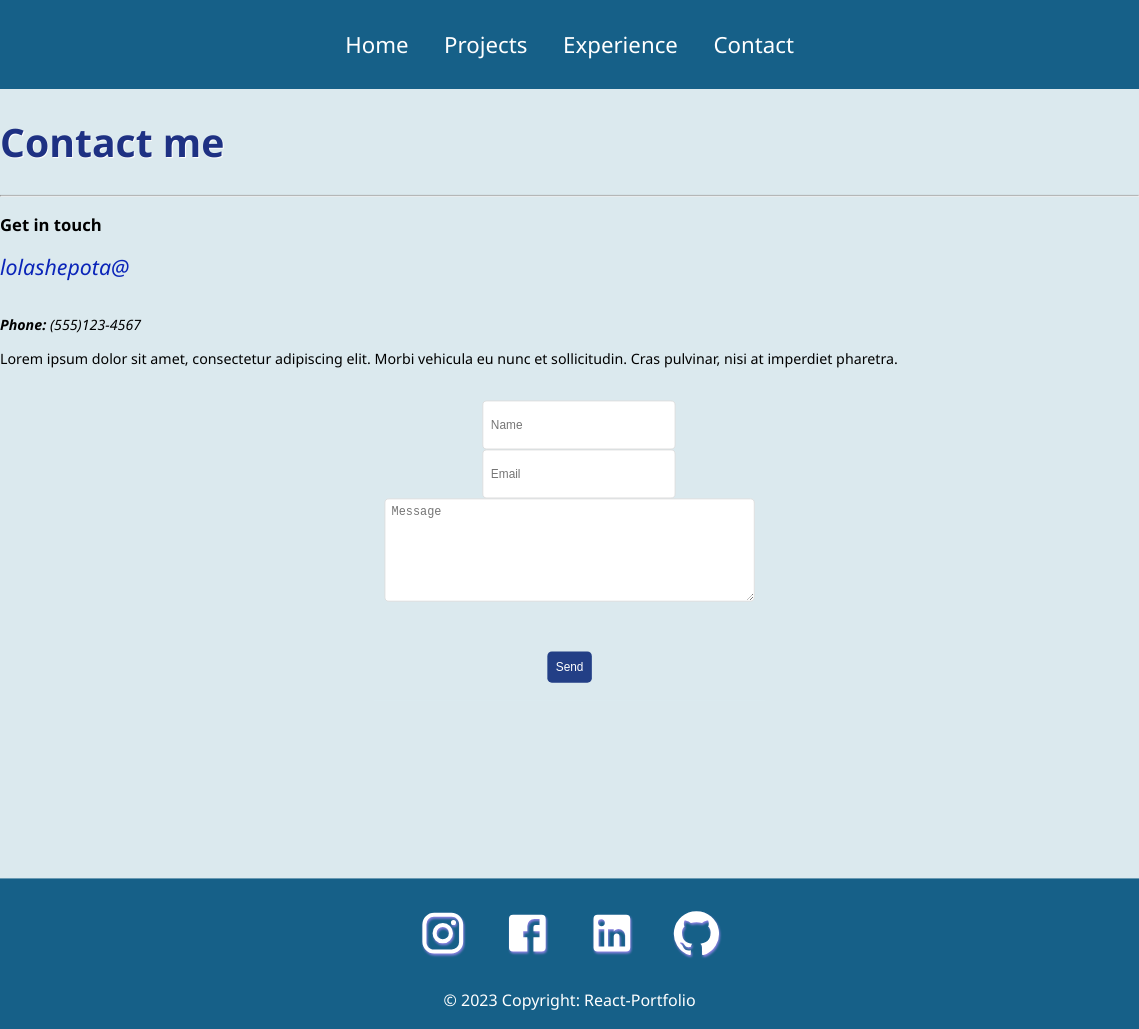
Repository: LolaSL/react-portfolio
Page: /contact
These files come from the project's save history. The page is drawn as it stood at one moment and after the next save; the edit follows.
The browser window is 1280 px wide. The pictures show the whole page, at 89% of full size.
The project was rebuilt for these pictures with package versions that can differ from the ones it lists, and the page was loaded fresh each time. Some packages were replaced by stand-ins written for this rebuild. Also part of the build but not shown: src/pages/Home/Style.css, src/pages/Home/Home.jsx, src/components/ProjectItem/Style.css, src/components/ProjectItem/ProjectItem.jsx, src/helpers/ProjectList.js, src/pages/Projects/Style.css, src/pages/Projects/Projects.jsx, src/pages/Experience/Style.css and 2 more.

Above is the page before, as saved 2023-09-26 10:48:00.

After the next save:
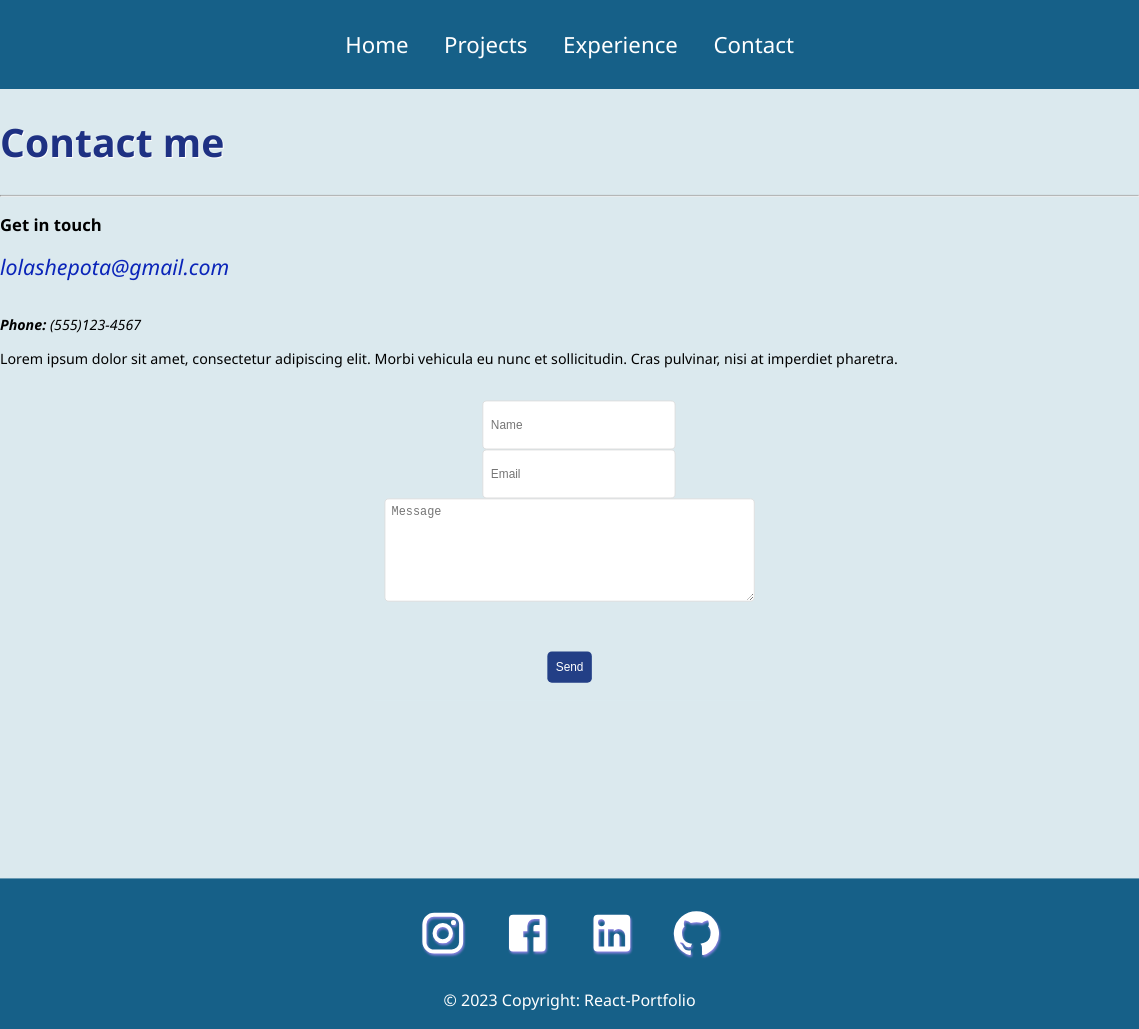
Saved 5 s later.
--- a/src/pages/Contact/contactConfig.js
+++ b/src/pages/Contact/contactConfig.js
@@ -67,7 +67,7 @@ const services = [
 ];
 
 const contactConfig = {
-  YOUR_EMAIL: 'lolashepota@',
+  YOUR_EMAIL: 'lolashepota@gmail.com',
   YOUR_FONE: '(555)123-4567',
   description:
     'Lorem ipsum dolor sit amet, consectetur adipiscing elit. Morbi vehicula eu nunc et sollicitudin. Cras pulvinar, nisi at imperdiet pharetra. ',
